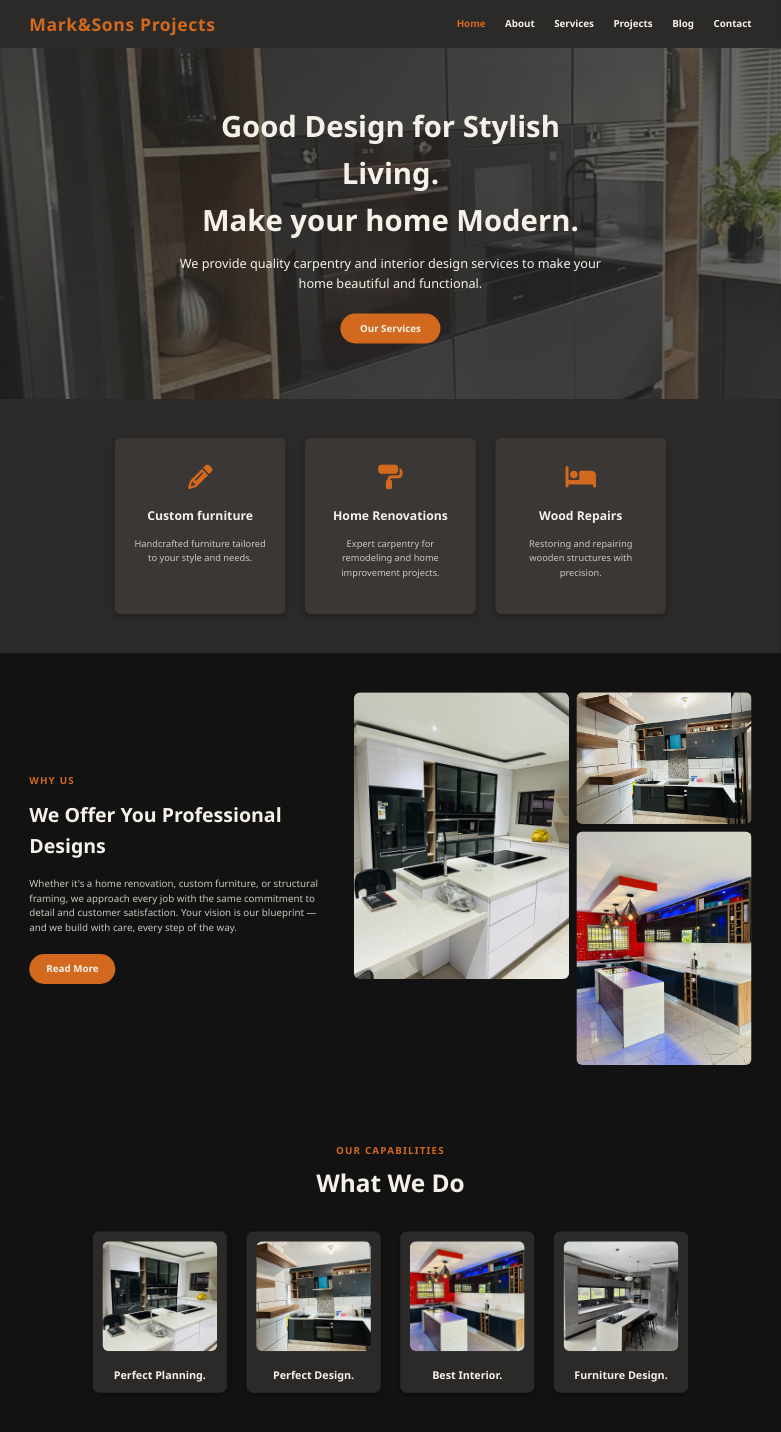
Repository: VallowEvido/Mark-SonsProjects
Page: home.html
These files come from the project's save history. The page is drawn as it stood at one moment and after a run of saves; the edit follows.
The browser window is 1280 px wide. The pictures show the whole page, at 61% of full size.

Above is the page before, as saved 2025-07-17 16:26:19.

### home.html
<!DOCTYPE html>
<html lang="en">
<head>
  <meta charset="UTF-8" />
  <meta name="viewport" content="width=device-width, initial-scale=1" />
  <title>Home Interior - Carpentry</title>
  <link rel="stylesheet" href="styles.css" />
  <link rel="stylesheet" href="https://cdnjs.cloudflare.com/ajax/libs/font-awesome/6.4.0/css/all.min.css" />
</head>
<body>
  <nav>
    <div class="logo">Mark&Sons Projects</div>
    <ul>
      <li><a href="#" class="active">Home</a></li>
      <li><a href="#">About</a></li>
      <li><a href="#">Services</a></li>
      <li><a href="#">Projects</a></li>
      <li><a href="#">Blog</a></li>
      <li><a href="#">Contact</a></li>
    </ul>
  </nav>

  <section class="hero">
    <div class="hero-content">
      <h1>Good Design for Stylish Living.<br />Make your home Modern.</h1>
      <p>We provide quality carpentry and interior design services to make your home beautiful and functional.</p>
      <a href="#services" class="btn">Our Services</a>
    </div>
  </section>

  <section id="services" class="services">
    <div class="service-card">
      <div class="service-icon"><i class="fas fa-pencil-alt"></i></div>
      <h3>Custom furniture</h3>
      <p>Handcrafted furniture tailored to your style and needs.</p>
    </div>
    <div class="service-card">
      <div class="service-icon"><i class="fas fa-paint-roller"></i></div>
      <h3>Home Renovations</h3>
      <p>Expert carpentry for remodeling and home improvement projects.</p>
    </div>
    <div class="service-card">
      <div class="service-icon"><i class="fas fa-bed"></i></div>
      <h3>Wood Repairs</h3>
      <p>Restoring and repairing wooden structures with precision.</p>
    </div>
  </section>

  <section class="why-us">
    <div class="why-us-content">
      <h5>WHY US</h5>
      <h2>We Offer You Professional Designs</h2>
      <p>Whether it's a home renovation, custom furniture, or structural framing, we approach every job with the same commitment to detail and customer satisfaction. Your vision is our blueprint — and we build with care, every step of the way.</p>
      <a href="#" class="btn btn-pink">Read More</a>
    </div>
    <div class="why-us-images">
      <div class="large-image">
        <img src="images/kitchen/IMG-20241116-WA0012.jpg" alt="Interior Design 1" />
      </div>
      <div class="small-images">
        <img src="images/kitchen/IMG-20241116-WA0014.jpg" alt="Interior Design 2" />
        <img src="images/kitchen/IMG-20241116-WA0015.jpg" alt="Interior Design 3" />
      </div>
    </div>
  </section>

  <section class="capabilities">
    <div class="capabilities-header">
      <h5>OUR CAPABILITIES</h5>
      <h2>What We Do</h2>
    </div>
    <div class="capabilities-cards">
      <div class="capability-card">
        <img src="images/kitchen/IMG-20241116-WA0012.jpg" alt="Perfect Planning" />
        <h3>Perfect Planning.</h3>
      </div>
      <div class="capability-card">
        <img src="images/kitchen/IMG-20241116-WA0014.jpg" alt="Perfect Design" />
        <h3>Perfect Design.</h3>
      </div>
      <div class="capability-card">
        <img src="images/kitchen/IMG-20241116-WA0015.jpg" alt="Best Interior" />
        <h3>Best Interior.</h3>
      </div>
      <div class="capability-card">
        <img src="images/kitchen/IMG-20241116-WA0016.jpg" alt="Furniture Design" />
        <h3>Furniture Design.</h3>
      </div>
    </div>
  </section>
</body>
</html>

### styles.css
/* General Reset and Base */
* {
  margin: 0;
  padding: 0;
  box-sizing: border-box;
  font-family: 'Segoe UI', Tahoma, Geneva, Verdana, sans-serif;
}

body {
  background-color: #1e1e1e; /* Dark background */
  color: #f5f1e9; /* Light beige text */
  line-height: 1.6;
}

/* Navigation Bar */
nav {
  background-color: #2c2a29; /* Dark charcoal */
  display: flex;
  justify-content: space-between;
  align-items: center;
  padding: 1rem 3rem;
  position: sticky;
  top: 0;
  z-index: 1000;
}

nav .logo {
  font-size: 1.8rem;
  font-weight: bold;
  color: #d2691e; /* Warm brown */
  letter-spacing: 1px;
}

nav ul {
  list-style: none;
  display: flex;
  gap: 2rem;
}

nav ul li a {
  color: #f5f1e9;
  text-decoration: none;
  font-weight: 600;
  transition: color 0.3s ease;
}

nav ul li a:hover,
nav ul li a.active {
  color: #d2691e; /* Warm brown highlight */
}

/* Hero Section */
.hero {
  background: url('images/kitchen/kich.jpg') no-repeat center center/cover;
  height: 80vh;
  display: flex;
  flex-direction: column;
  justify-content: center;
  align-items: center;
  text-align: center;
  padding: 0 2rem;
  position: relative;
}

.hero::after {
  content: "";
  position: absolute;
  top: 0; left: 0; right: 0; bottom: 0;
  background-color: rgba(44, 42, 41, 0.7); /* Overlay for readability */
  z-index: 1;
}

.hero-content {
  position: relative;
  z-index: 2;
  color: #f5f1e9;
  max-width: 700px;
}

.hero-content h1 {
  font-size: 3rem;
  margin-bottom: 1rem;
  font-weight: 700;
}

.hero-content p {
  font-size: 1.3rem;
  margin-bottom: 2rem;
}

.hero-content .btn {
  background-color: #d2691e;
  color: #f5f1e9;
  padding: 0.75rem 2rem;
  border: none;
  border-radius: 25px;
  font-size: 1rem;
  cursor: pointer;
  font-weight: 600;
  transition: background-color 0.3s ease;
  text-decoration: none;
  display: inline-block;
}

.hero-content .btn:hover {
  background-color: #b35414;
}

/* Services Section */
.services {
  background-color: #2c2a29;
  padding: 4rem 2rem;
  display: flex;
  justify-content: center;
  gap: 2rem;
  flex-wrap: wrap;
}

.service-card {
  background-color: #3a3735;
  padding: 2rem;
  border-radius: 10px;
  width: 280px;
  text-align: center;
  box-shadow: 0 4px 8px rgba(0,0,0,0.3);
  transition: transform 0.3s ease;
}

.service-card:hover {
  transform: translateY(-10px);
}

.service-icon {
  font-size: 2.5rem;
  color: #d2691e;
  margin-bottom: 1rem;
}

.service-card h3 {
  margin-bottom: 1rem;
  font-size: 1.25rem;
  font-weight: 700;
}

.service-card p {
  font-size: 0.95rem;
  margin-bottom: 1.5rem;
  color: #ccc6bb;
}

.service-card a {
  color: #d2691e;
  font-weight: 600;
  text-decoration: none;
  border-bottom: 2px solid transparent;
  transition: border-color 0.3s ease;
}

.service-card a:hover {
  border-color: #d2691e;
}

/* Responsive */
@media (max-width: 900px) {
  .services {
    flex-direction: column;
    align-items: center;
  }
  .service-card {
    width: 90%;
    max-width: 400px;
  }
}

/* WHY US Section */
.why-us {
  background-color: #121212;
  color: #f5f1e9;
  display: flex;
  justify-content: space-between;
  align-items: center;
  padding: 4rem 3rem;
  gap: 2rem;
  flex-wrap: wrap;
}

.why-us-content {
  flex: 1 1 400px;
  max-width: 500px;
}

.why-us-content h5 {
  color: #d2691e;
  font-weight: 700;
  letter-spacing: 2px;
  margin-bottom: 1rem;
  font-size: 1rem;
}

.why-us-content h2 {
  font-size: 2rem;
  margin-bottom: 1.5rem;
  font-weight: 700;
}

.why-us-content p {
  font-size: 1rem;
  margin-bottom: 2rem;
  color: #ccc6bb;
  line-height: 1.5;
}

.why-us-content .btn-pink {
  background-color: #d2691e;
  padding: 0.75rem 1.75rem;
  border-radius: 25px;
  color: #f5f1e9;
  font-weight: 600;
  text-decoration: none;
  display: inline-block;
  transition: background-color 0.3s ease;
}

.why-us-content .btn-pink:hover {
  background-color: #b35414;
}

.why-us-images {
  flex: 1 1 300px;
  display: flex;
  gap: 0.75rem;
  flex-wrap: wrap;
  justify-content: center;
}

.large-image {
  flex: 1 1 50%;
  border-radius: 10px;
  overflow: hidden;
}

.large-image img {
  width: 100%;
  height: auto;
  display: block;
  border-radius: 10px;
}

.small-images {
  flex: 1 1 40%;
  display: flex;
  flex-direction: column;
  gap: 0.75rem;
}

.small-images img {
  width: 100%;
  height: auto;
  border-radius: 10px;
  display: block;
}

/* Responsive */
@media (max-width: 900px) {
  .why-us {
    flex-direction: column;
    padding: 2rem 1rem;
  }
  .why-us-content, .why-us-images {
    max-width: 100%;
    flex: 1 1 100%;
  }
  .large-image, .small-images {
    flex: 1 1 100%;
  }
  .small-images {
    flex-direction: row;
  }
  .small-images img {
    width: 50%;
  }
}

/* Capabilities Section */
.capabilities {
  background-color: #121212;
  color: #f5f1e9;
  padding: 4rem 3rem;
  text-align: center;
}

.capabilities-header h5 {
  color: #d2691e;
  font-weight: 700;
  letter-spacing: 2px;
  margin-bottom: 0.5rem;
  font-size: 1rem;
}

.capabilities-header h2 {
  font-size: 2.5rem;
  margin-bottom: 3rem;
  font-weight: 700;
}

.capabilities-cards {
  display: flex;
  justify-content: center;
  gap: 2rem;
  flex-wrap: wrap;
}

.capability-card {
  background-color: #2c2a29;
  border-radius: 10px;
  width: 220px;
  padding: 1rem;
  box-shadow: 0 4px 8px rgba(0,0,0,0.3);
  transition: transform 0.3s ease;
  cursor: pointer;
}

.capability-card:hover {
  transform: translateY(-10px);
}

.capability-card img {
  width: 100%;
  height: 180px;
  object-fit: cover;
  border-radius: 10px;
  margin-bottom: 1rem;
}

.capability-card h3 {
  font-size: 1.1rem;
  font-weight: 700;
  color: #f5f1e9;
}

/* Responsive */
@media (max-width: 900px) {
  .capabilities-cards {
    flex-direction: column;
    align-items: center;
  }
  .capability-card {
    width: 90%;
    max-width: 400px;
  }
}

After the next 5 saves:
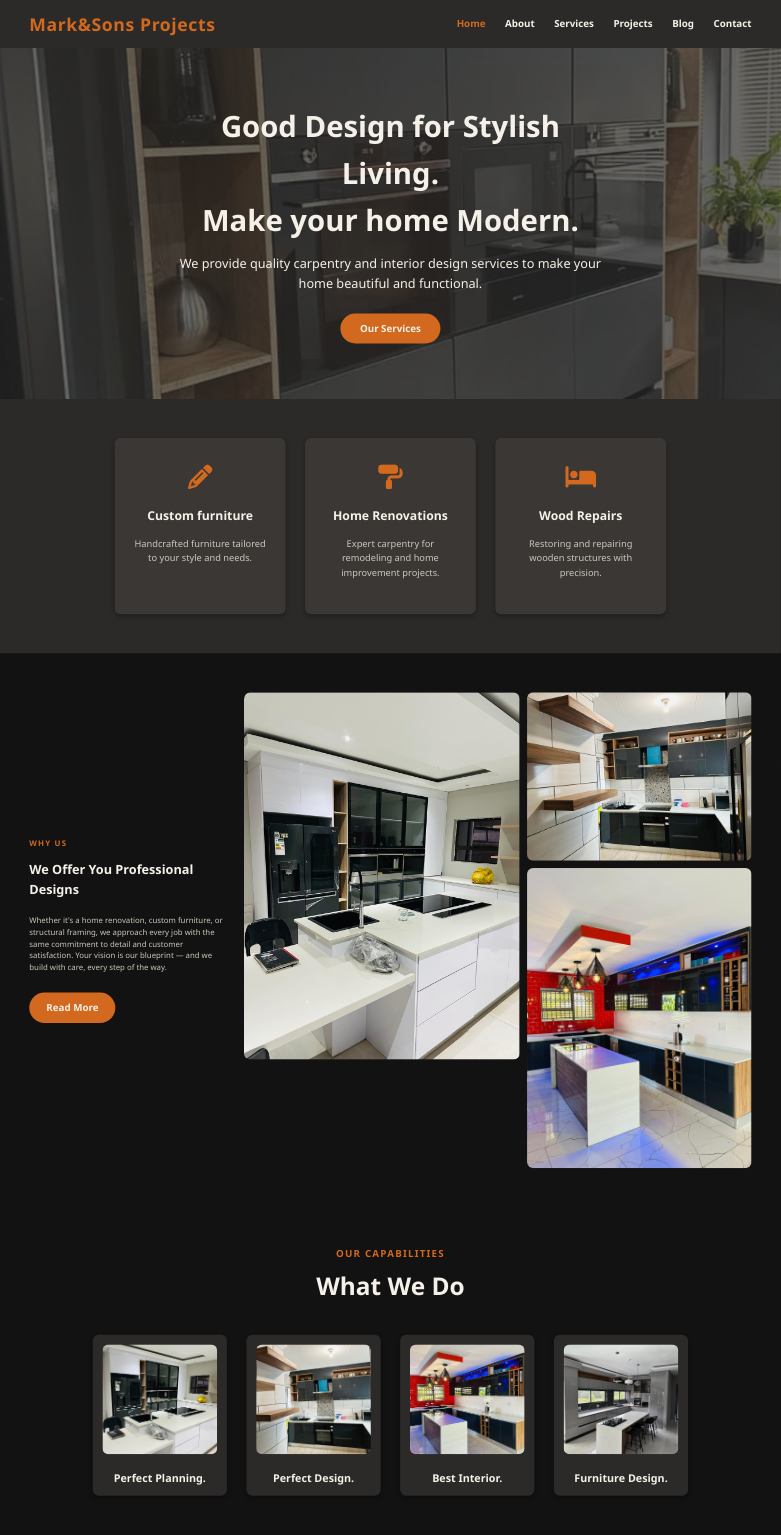
The 5 saves are shown as one change because they came seconds apart.
The last was saved 5 min 42 s later.
--- a/styles.css
+++ b/styles.css
@@ -185,8 +185,8 @@ nav ul li a.active {
 }
 
 .why-us-content {
-  flex: 1 1 400px;
-  max-width: 500px;
+  flex: 1 1 250px;
+  max-width: 320px;
 }
 
 .why-us-content h5 {
@@ -194,17 +194,17 @@ nav ul li a.active {
   font-weight: 700;
   letter-spacing: 2px;
   margin-bottom: 1rem;
-  font-size: 1rem;
+  font-size: 0.8rem;
 }
 
 .why-us-content h2 {
-  font-size: 2rem;
+  font-size: 1.3rem;
   margin-bottom: 1.5rem;
   font-weight: 700;
 }
 
 .why-us-content p {
-  font-size: 1rem;
+  font-size: 0.8rem;
   margin-bottom: 2rem;
   color: #ccc6bb;
   line-height: 1.5;
